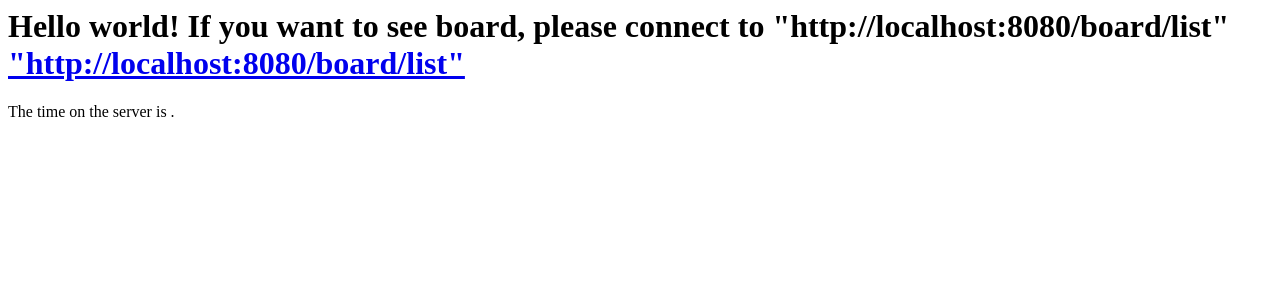
Repository: xx10222/STS_MVC2_Board
Page: http://localhost/project2/WEB-INF/views/home.jsp
An editor plug-in stored every save of this project. The page is shown before and after the next save, followed by the edit.
The browser window is 1280 px wide. The pictures show the whole page.
The page is served by Tomcat 9. Nobody is signed in. Other server files are loaded and not shown. The template is opened directly, without the code that normally fills it, so the values that code supplies are empty.

Above is the page before, as saved 2020-05-28 15:15:12.

### project2/src/main/webapp/WEB-INF/views/home.jsp
<%@ taglib uri="http://java.sun.com/jsp/jstl/core" prefix="c" %>
<%@ page session="false" %>
<html>
<head>
	<title>Home</title>
</head>
<body>
<h1>
	Hello world!
	If you want to see board, please connect to "http://localhost:8080/board/list"
	<a href = "/board/list">"http://localhost:8080/board/list"</a>
</h1>

<P>  The time on the server is ${serverTime}. </P>
</body>
</html>

After the next save:
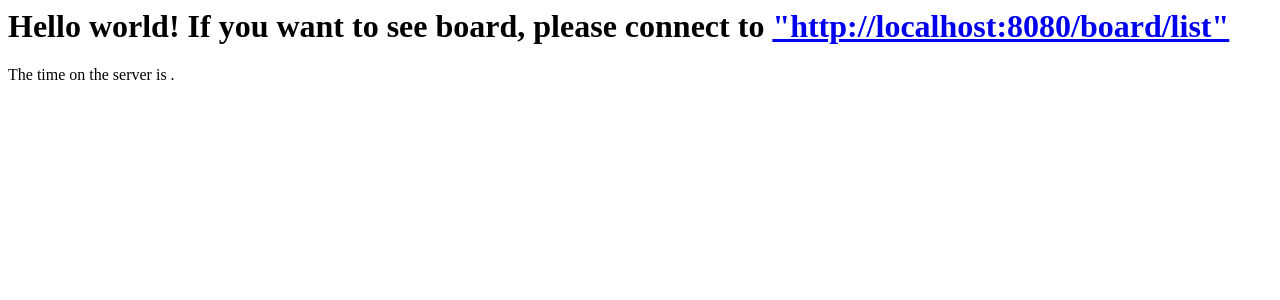
Saved 25 s later.
--- a/project2/src/main/webapp/WEB-INF/views/home.jsp
+++ b/project2/src/main/webapp/WEB-INF/views/home.jsp
@@ -7,8 +7,7 @@
 <body>
 <h1>
 	Hello world!
-	If you want to see board, please connect to "http://localhost:8080/board/list"
-	<a href = "/board/list">"http://localhost:8080/board/list"</a>
+	If you want to see board, please connect to <a href = "/board/list">"http://localhost:8080/board/list"</a>
 </h1>
 
 <P>  The time on the server is ${serverTime}. </P>
